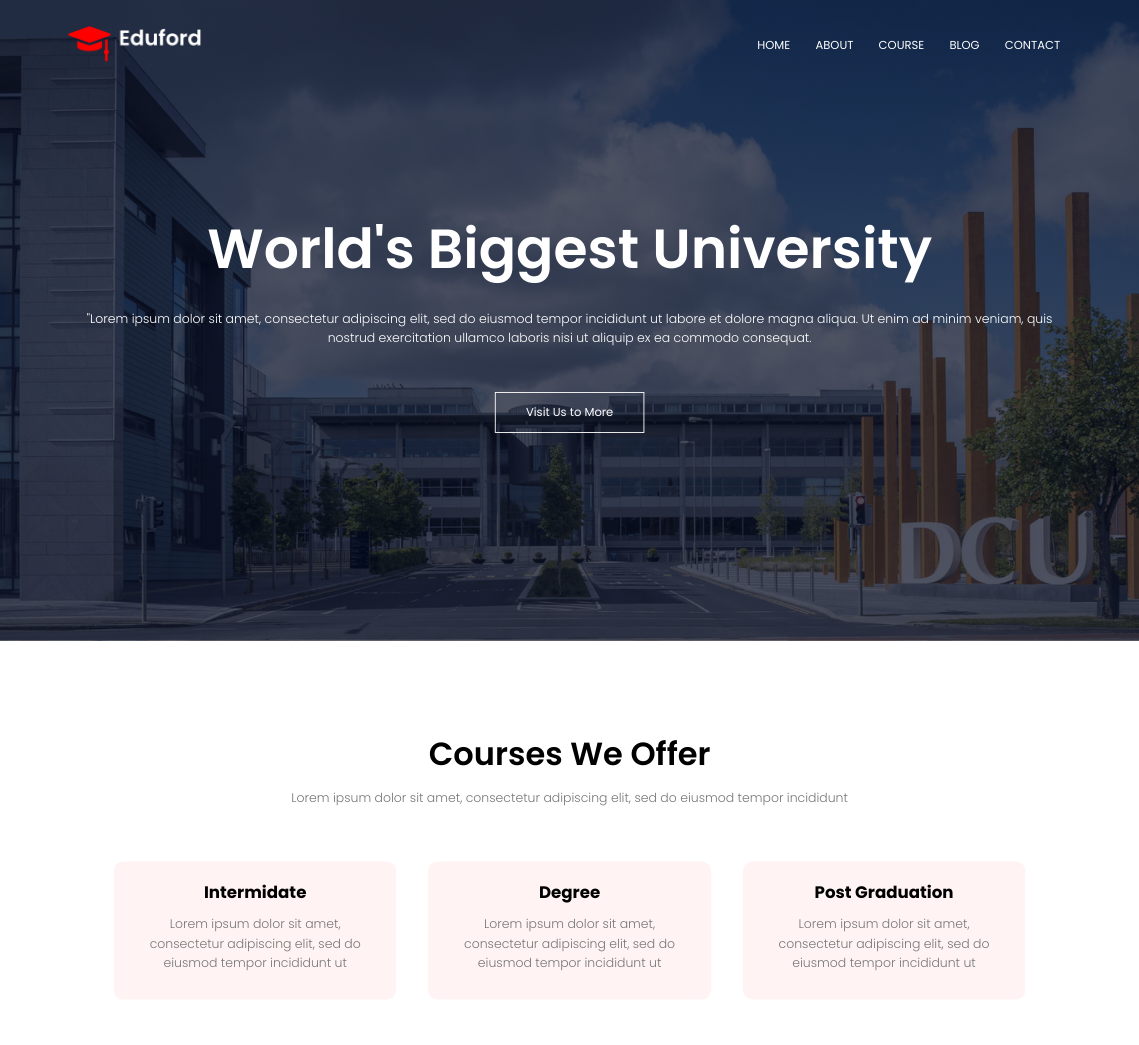
Repository: dewaary/company-profile
Page: index.html
An editor plug-in stored every save of this project. The page is shown before and after the next save, followed by the edit.
The browser window is 1280 px wide. The pictures show the whole page, at 89% of full size.

Above is the page before, as saved 2021-05-06 22:17:01.

### index.html
<!DOCTYPE html>
<html lang="en">

<head>
    <meta charset="UTF-8">
    <meta http-equiv="X-UA-Compatible" content="IE=edge">
    <meta name="viewport" content="width=device-width, initial-scale=1.0">
    <title>University Website Design</title>
    <link rel="stylesheet" href="style.css">
    <link rel="preconnect" href="https://fonts.gstatic.com">
    <link href="https://fonts.googleapis.com/css2?family=Poppins:wght@200;300;400;600;700&display=swap"
        rel="stylesheet">
    <link rel="stylesheet"
        href="https://cdn.jsdelivr.net/npm/@fortawesome/fontawesome-free@5.15.3/css/fontawesome.min.css">
</head>

<body>

    <section class="header">
        <nav>
            <a href="index.html"><img src="images/logo.png"></a>
            <div class="nav-links" id="navLinks">
                <i class="fa fa-times" onclick="hideMenu()"></i>
                <ul>
                    <li><a href="">HOME</a></li>
                    <li><a href="">ABOUT</a></li>
                    <li><a href="">COURSE</a></li>
                    <li><a href="">BLOG</a></li>
                    <li><a href="">CONTACT</a></li>
                </ul>
            </div>
            <i class="fa fa-bars" onclick="showMenu()"></i>
        </nav>

        <div class="text-box">
            <h1>World's Biggest University</h1>
            <p>"Lorem ipsum dolor sit amet, consectetur adipiscing elit, sed do eiusmod tempor incididunt ut labore et
                dolore magna aliqua. Ut enim ad minim veniam, quis nostrud exercitation ullamco laboris nisi ut aliquip
                ex ea commodo consequat.</p>
            <a href="" class="hero-btn">Visit Us to More</a>
        </div>
    </section>

     <!---- Courses ---->

     <section class="course">
        <h1>Courses We Offer</h1>
        <p>Lorem ipsum dolor sit amet, consectetur adipiscing elit, sed do eiusmod tempor incididunt</p>
        <div class="row">
            <div class="course-col">
                <h3>Intermidate</h3>
                <p>Lorem ipsum dolor sit amet, consectetur adipiscing elit, sed do eiusmod tempor incididunt ut</p>
            </div>

            <div class="course-col">
                <h3>Degree</h3>
                <p>Lorem ipsum dolor sit amet, consectetur adipiscing elit, sed do eiusmod tempor incididunt ut</p>
            </div>

            <div class="course-col">
                <h3>Post Graduation</h3>
                <p>Lorem ipsum dolor sit amet, consectetur adipiscing elit, sed do eiusmod tempor incididunt ut</p>
            </div>
        </div>
     </section>


    <!---- Javascript for Toggle Menu ---->
    <script>
        var navLinks = document.getElementById("navLinks");

        function showMenu() {
            navLinks.style.right = "0";
        }
        function hideMenu() {
            navLinks.style.right = "-200px";
        }
    </script>

</body>

</html>

### style.css
* {
  margin: 0;
  padding: 0;
  font-family: "Poppins", sans-serif;
}

.header {
  min-height: 100vh;
  width: 100%;
  background-image: linear-gradient(rgba(4, 9, 30, 0.7), rgba(4, 9, 30, 0.7)),
    url(images/banner.png);
  background-position: center;
  background-size: cover;
  position: relative;
}

nav {
  display: flex;
  padding: 2% 6%;
  justify-content: space-between;
  align-items: center;
}

nav img {
  width: 150px;
}

.nav-links {
  flex: 1;
  text-align: right;
}

.nav-links ul li {
  list-style: none;
  display: inline-block;
  padding: 8px 12px;
  position: relative;
}

.nav-links ul li a {
  color: #fff;
  text-decoration: none;
  font-size: 13px;
}

.nav-links ul li::after {
  content: "";
  width: 0%;
  height: 2px;
  background: #f44336;
  display: block;
  margin: auto;
  transition: 0.5s;
}

.nav-links ul li:hover::after {
  width: 100%;
}

.text-box {
  width: 90%;
  color: #fff;
  position: absolute;
  top: 50%;
  left: 50%;
  transform: translate(-50%, -50%);
  text-align: center;
}

.text-box h1 {
  font-size: 62px;
}

.text-box p {
  margin: 10px 0 40px;
  font-size: 14px;
  color: #fff;
}

.hero-btn {
  display: inline-block;
  text-decoration: none;
  color: #fff;
  border: 1px solid #fff;
  padding: 12px 34px;
  font-size: 13px;
  background: transparent;
  position: relative;
  cursor: pointer;
}

.hero-btn:hover {
  border: 1px solid #f44336;
  background: #f44336;
  transition: 1s;
}

nav .fa{
    display: none;
}

@media (max-width: 700px) {
  .text-box h1 {
    font-size: 20px;
  }

  .nav-links ul li {
    display: block;
  }
  .nav-links {
    position: absolute;
    background: #f44336;
    height: 100vh;
    width: 200px;
    top: 0;
    right: -200px;
    text-align: left;
    z-index: 2;
    transition: 1s;
  }

  nav .fa{
      display: block;
      color: #fff;
      margin: 10px;
      font-size: 22px;
      cursor: pointer;
  }

  .nav-links ul {
      padding: 30px;
  }
}

 /*---- Course ------ */

 .course{
     width: 80%;
     margin: auto;
     text-align: center;
     padding-top: 100px;
 }

 h1{
     font-size: 36px;
     font-weight: 600;
 }

 p{
     color: #777;
     font-size: 14px;
     font-weight: 300;
     line-height: 22px;
     padding: 10px;

 }

 .row{
     margin-top: 5%;
     display: flex;
     justify-content: space-between;
 }

 .course-col {
     flex-basis: 31%;
     background: #fff3f3;
     border-radius: 10px;
     margin-bottom: 5%;
     padding: 20px 12px;
     box-sizing: border-box;
 }

After the next save:
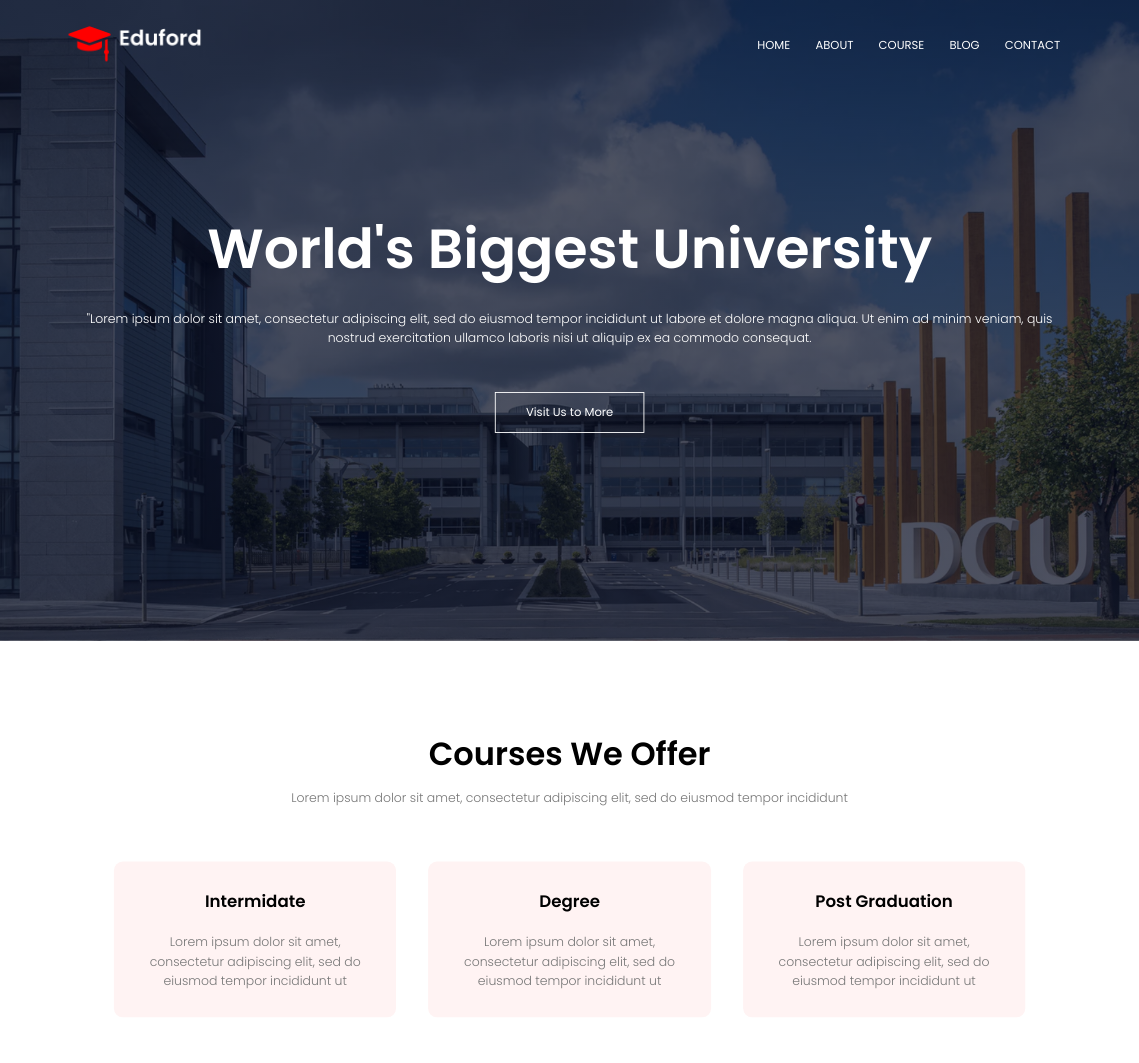
Saved 73 s later.
--- a/style.css
+++ b/style.css
@@ -169,3 +169,9 @@ nav .fa{
      padding: 20px 12px;
      box-sizing: border-box;
  }
+
+ h3 {
+     text-align: center;
+     font-weight: 600;
+     margin: 10px 0;
+ }
